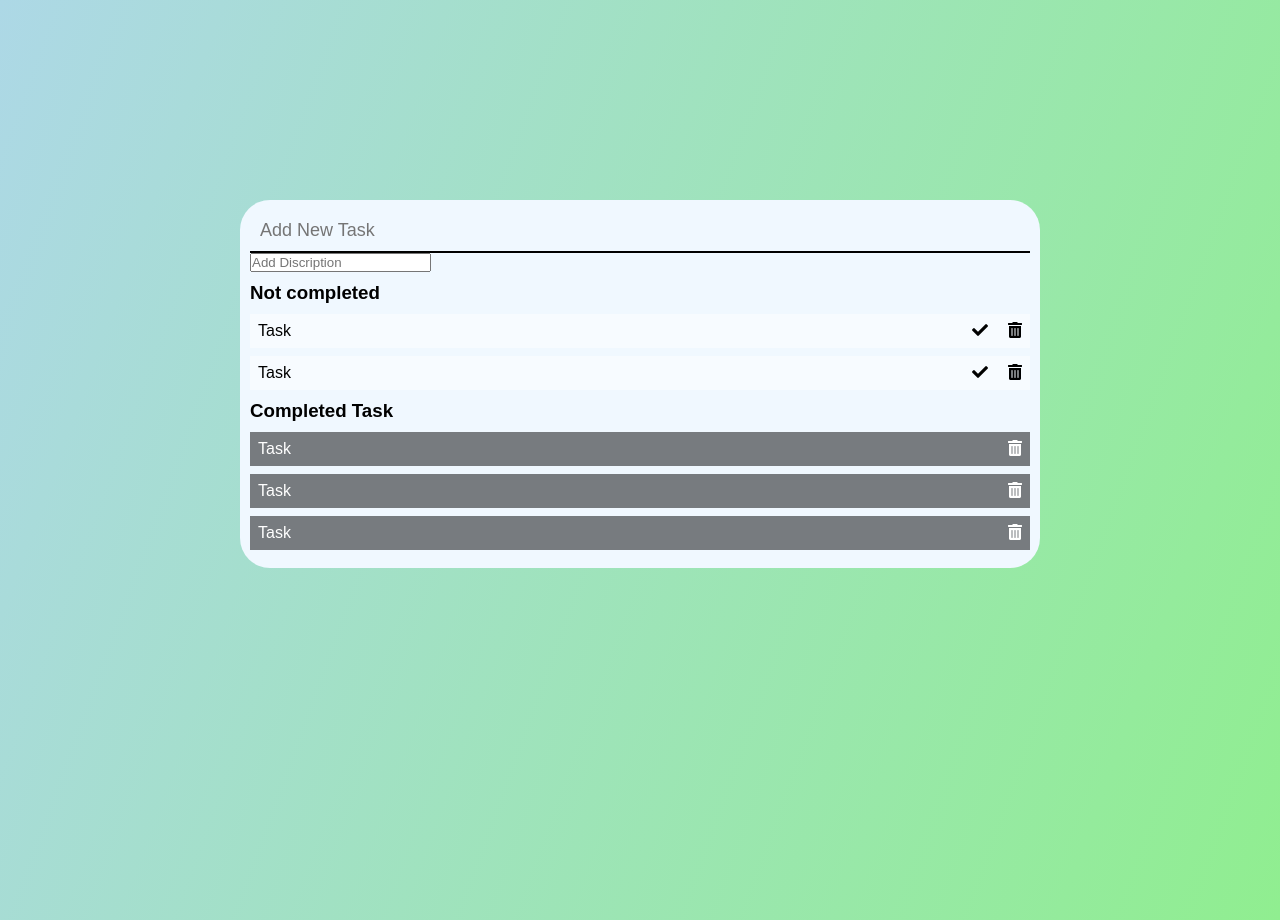
Repository: Mayur2905/OIBSIP
Page: Task-6/index.html
An editor plug-in stored every save of this project. The page is shown before and after the next save, followed by the edit.
The browser window is 1280 px wide. The pictures show the whole page.

Above is the page before, as saved 2022-02-05 21:06:09.

### Task-6/index.html
<!DOCTYPE html>
<html lang="en">
<head>
    <meta charset="UTF-8">
    <meta http-equiv="X-UA-Compatible" content="IE=edge">
    <meta name="viewport" content="width=device-width, initial-scale=1.0">
    <link rel="stylesheet" href="style.css">
    <link rel="stylesheet" href="https://cdnjs.cloudflare.com/ajax/libs/font-awesome/5.15.1/css/all.css">
    <script src="https://ajax.googleapis.com/ajax/libs/jquery/3.5.1/jquery.min.js"></script>
    <title>To Do List</title>
</head>
<body>
    <div class="container">
        <input type="text" class="textb" placeholder="Add New Task">
        <input type="text" class="textb1" placeholder="Add Discription">
        <div class="notdone">
            <h3>Not completed</h3>
            <div class="task">
                Task
                <i class='fas fa-trash-alt'></i>
                <i class='fas fa-check'></i>
            </div>
            <div class="task">
                Task
                <i class='fas fa-trash-alt'></i>
                <i class='fas fa-check'></i>
            </div>
        </div>
        <div class="complete">
            <h3>Completed Task</h3>
            <div class="task">
                Task
                <i class='fas fa-trash-alt'></i>
            </div><div class="task">
                Task
                <i class='fas fa-trash-alt'></i>
            </div><div class="task">
                Task
                <i class='fas fa-trash-alt'></i>
            </div>
        </div>
    </div>
</body>
</html>

### Task-6/style.css
* {
  margin: 0;
  padding: 0;
  font-family: "montserrat", Arial, Helvetica, sans-serif;
  box-sizing: border-box;
}
body {
  background-image: linear-gradient(110deg, lightblue, lightgreen);
  min-height: 100vh;
}

.container {
  max-width: 800px;
  margin: auto;
  padding: 10px;
  margin-top: 200px;
  background-color: aliceblue;
  border-radius: 30px;
}
.textb {
  width: 100%;
  border: none;
  border-bottom: 2px solid #000;
  background: none;
  padding: 10px;
  outline: none;
  font-size: 18px;
}
h3 {
  margin: 10px 0;
}
.task {
  width: 100%;
  background: rgba(255, 255, 255, 0.5);
  padding: 8px;
  margin: 8px 0;
  overflow: hidden;
}
.task i {
  float: right;
  margin-left: 20px;
  cursor: pointer;
}
.complete .task {
  background: rgba(0, 0, 0, 0.5);
  color: #ffff;
}

After the next save:
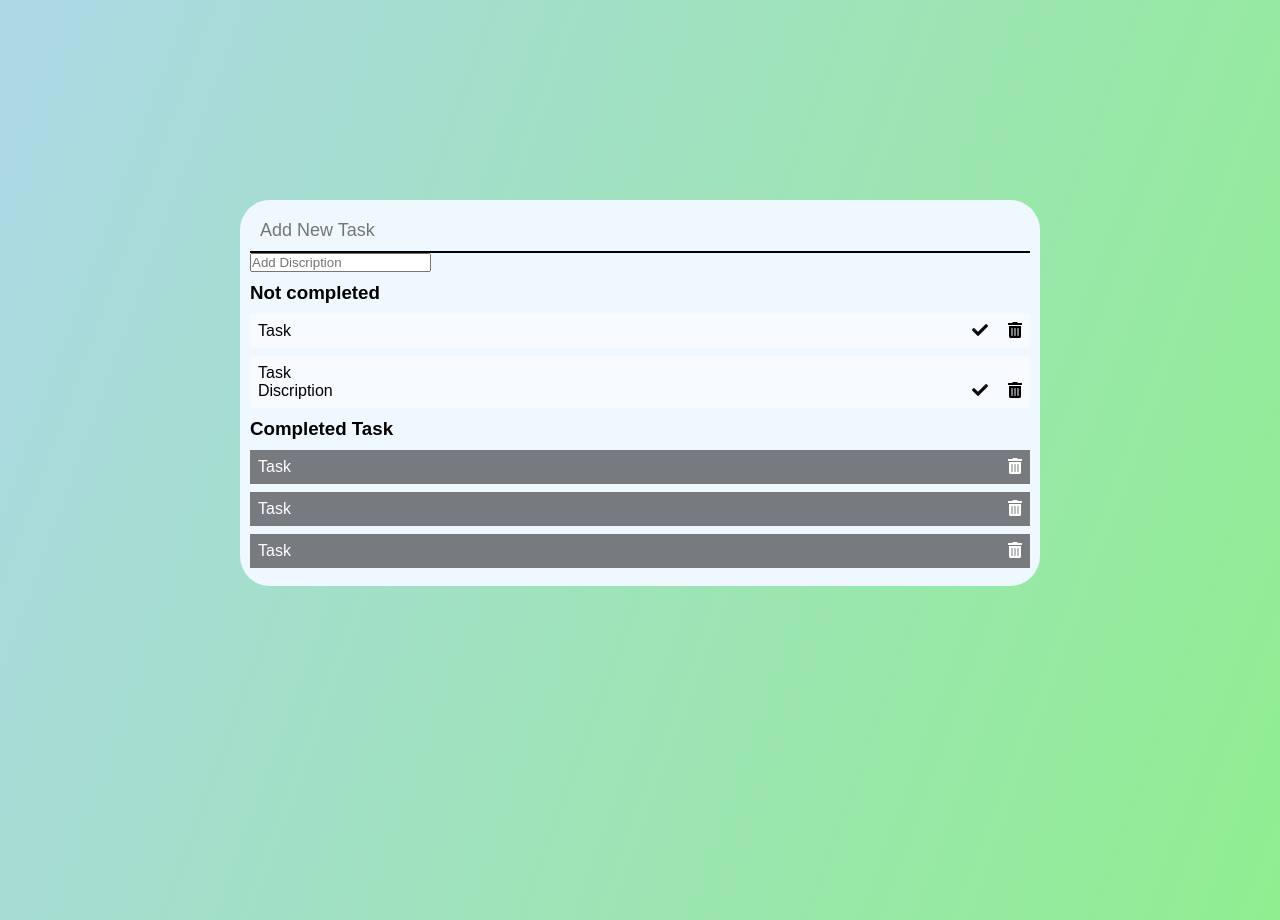
Saved 108 s later.
--- a/Task-6/index.html
+++ b/Task-6/index.html
@@ -21,7 +21,9 @@
                 <i class='fas fa-check'></i>
             </div>
             <div class="task">
-                Task
+                <p>Task</p>
+                <a>Discription</a>
+
                 <i class='fas fa-trash-alt'></i>
                 <i class='fas fa-check'></i>
             </div>

After the 5 saves that followed:
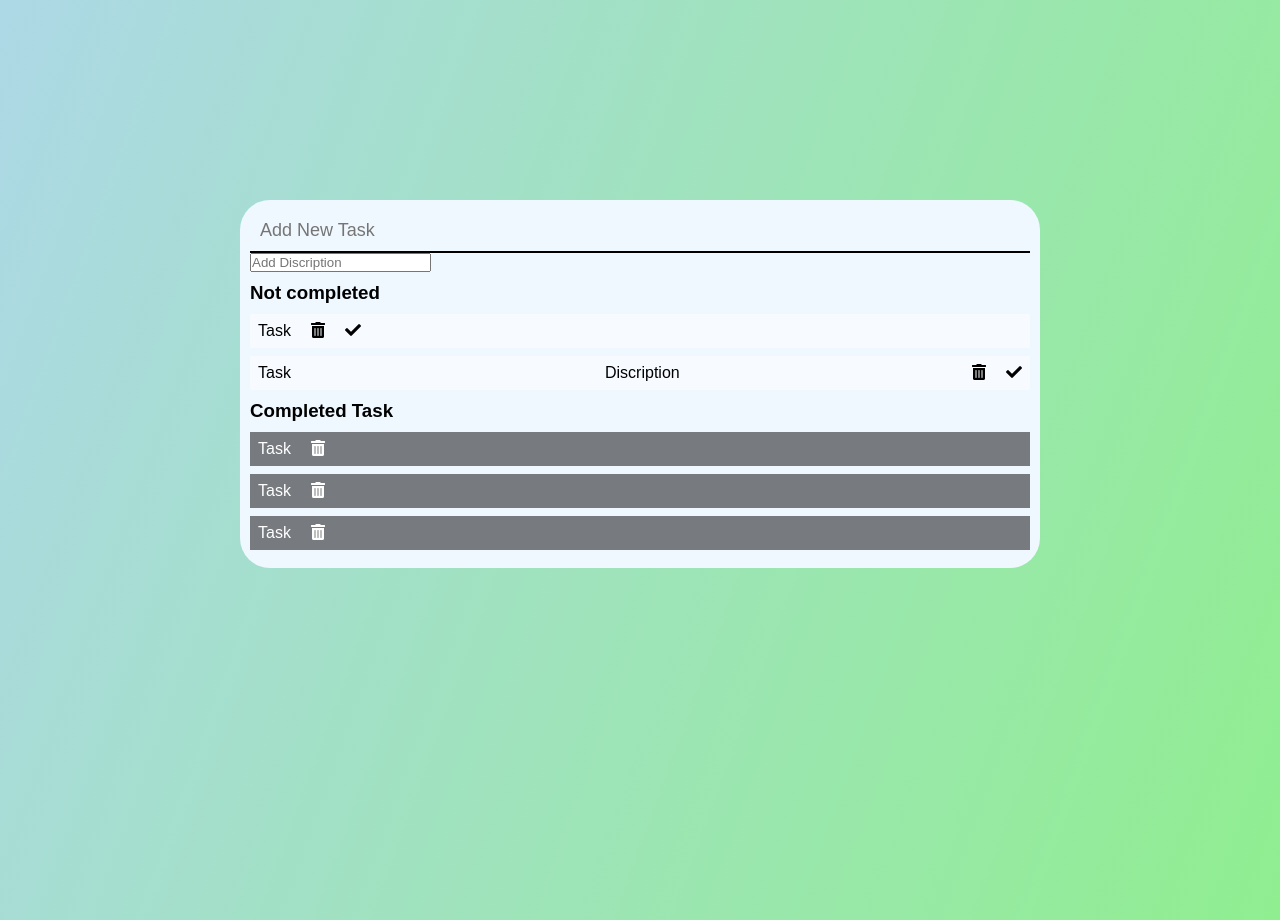
The 5 saves are shown as one change because 4 left the picture as it was.
The last was saved 3 min 5 s later.
--- a/Task-6/style.css
+++ b/Task-6/style.css
@@ -26,6 +26,13 @@ body {
   outline: none;
   font-size: 18px;
 }
+a {
+  align-items: center;
+  flex: 1;
+}
+p {
+  flex: 1;
+}
 h3 {
   margin: 10px 0;
 }
@@ -35,6 +42,7 @@ h3 {
   padding: 8px;
   margin: 8px 0;
   overflow: hidden;
+  display: flex;
 }
 .task i {
   float: right;
